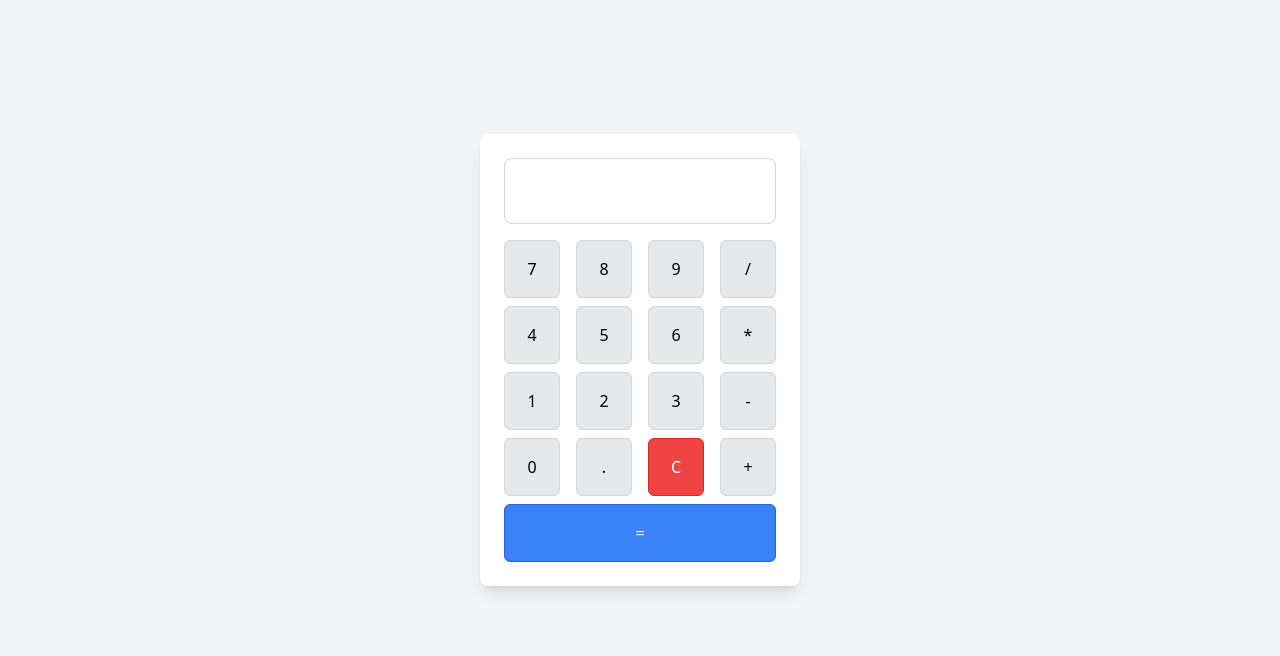
Repository: MKosainHaider/calculator
Page: index.html
An editor plug-in stored every save of this project. The page is shown before and after the next save, followed by the edit.
The browser window is 1280 px wide. The pictures show the whole page.
Some web libraries are served in a nearby version.

Above is the page before, as saved 2024-08-12 23:10:09.
Console error: SyntaxError: Unexpected token '<'

### index.html
<!DOCTYPE html>
<html lang="en">

<head>
    <meta charset="UTF-8">
    <meta name="viewport" content="width=device-width, initial-scale=1.0">
    <title>Responsive Calculator</title>
    <script defer src="app.js"></script>
    <script src="https://cdn.tailwindcss.com"></script>
</head>

<body class="flex items-center justify-center min-h-screen bg-gray-100">
    <div class="bg-white p-4 md:p-6 rounded-lg shadow-lg max-w-xs w-full">
        <div class="mb-4 text-right">
            <input type="text" id="display"
                class="w-full p-3 md:p-4 text-xl md:text-2xl border border-gray-300 rounded-lg" readonly>
        </div>

        <!-- Row 1 -->
        <div class="grid grid-cols-4 gap-2 md:gap-4 mb-2">
            <button
                class="p-3 md:p-4 bg-gray-200 border border-gray-300 rounded-md hover:bg-gray-300 focus:outline-none focus:ring-2 focus:ring-blue-500 focus:ring-offset-2 active:bg-gray-400">7</button>
            <button
                class="p-3 md:p-4 bg-gray-200 border border-gray-300 rounded-md hover:bg-gray-300 focus:outline-none focus:ring-2 focus:ring-blue-500 focus:ring-offset-2 active:bg-gray-400">8</button>
            <button
                class="p-3 md:p-4 bg-gray-200 border border-gray-300 rounded-md hover:bg-gray-300 focus:outline-none focus:ring-2 focus:ring-blue-500 focus:ring-offset-2 active:bg-gray-400">9</button>
            <button
                class="p-3 md:p-4 bg-gray-200 border border-gray-300 rounded-md hover:bg-gray-300 focus:outline-none focus:ring-2 focus:ring-blue-500 focus:ring-offset-2 active:bg-gray-400 operator">/</button>
        </div>

        <!-- Row 2 -->
        <div class="grid grid-cols-4 gap-2 md:gap-4 mb-2">
            <button
                class="p-3 md:p-4 bg-gray-200 border border-gray-300 rounded-md hover:bg-gray-300 focus:outline-none focus:ring-2 focus:ring-blue-500 focus:ring-offset-2 active:bg-gray-400">4</button>
            <button
                class="p-3 md:p-4 bg-gray-200 border border-gray-300 rounded-md hover:bg-gray-300 focus:outline-none focus:ring-2 focus:ring-blue-500 focus:ring-offset-2 active:bg-gray-400">5</button>
            <button
                class="p-3 md:p-4 bg-gray-200 border border-gray-300 rounded-md hover:bg-gray-300 focus:outline-none focus:ring-2 focus:ring-blue-500 focus:ring-offset-2 active:bg-gray-400">6</button>
            <button
                class="p-3 md:p-4 bg-gray-200 border border-gray-300 rounded-md hover:bg-gray-300 focus:outline-none focus:ring-2 focus:ring-blue-500 focus:ring-offset-2 active:bg-gray-400 operator">*</button>
        </div>

        <!-- Row 3 -->
        <div class="grid grid-cols-4 gap-2 md:gap-4 mb-2">
            <button
                class="p-3 md:p-4 bg-gray-200 border border-gray-300 rounded-md hover:bg-gray-300 focus:outline-none focus:ring-2 focus:ring-blue-500 focus:ring-offset-2 active:bg-gray-400">1</button>
            <button
                class="p-3 md:p-4 bg-gray-200 border border-gray-300 rounded-md hover:bg-gray-300 focus:outline-none focus:ring-2 focus:ring-blue-500 focus:ring-offset-2 active:bg-gray-400">2</button>
            <button
                class="p-3 md:p-4 bg-gray-200 border border-gray-300 rounded-md hover:bg-gray-300 focus:outline-none focus:ring-2 focus:ring-blue-500 focus:ring-offset-2 active:bg-gray-400">3</button>
            <button
                class="p-3 md:p-4 bg-gray-200 border border-gray-300 rounded-md hover:bg-gray-300 focus:outline-none focus:ring-2 focus:ring-blue-500 focus:ring-offset-2 active:bg-gray-400 operator">-</button>
        </div>

        <!-- Row 4 -->
        <div class="grid grid-cols-4 gap-2 md:gap-4 mb-2">
            <button
                class="p-3 md:p-4 bg-gray-200 border border-gray-300 rounded-md hover:bg-gray-300 focus:outline-none focus:ring-2 focus:ring-blue-500 focus:ring-offset-2 active:bg-gray-400">0</button>
            <button
                class="p-3 md:p-4 bg-gray-200 border border-gray-300 rounded-md hover:bg-gray-300 focus:outline-none focus:ring-2 focus:ring-blue-500 focus:ring-offset-2 active:bg-gray-400">.</button>
            <button id="clear"
                class="p-3 md:p-4 bg-red-500 border border-red-600 text-white rounded-md hover:bg-red-600 focus:outline-none focus:ring-2 focus:ring-red-500 focus:ring-offset-2 active:bg-red-700">C</button>
            <button
                class="p-3 md:p-4 bg-gray-200 border border-gray-300 rounded-md hover:bg-gray-300 focus:outline-none focus:ring-2 focus:ring-blue-500 focus:ring-offset-2 active:bg-gray-400 operator">+</button>
        </div>

        <!-- Row 5 -->
        <div class="grid grid-cols-4 gap-2 md:gap-4">
            <button id="equals"
                class="p-3 md:p-4 bg-blue-500 border border-blue-600 text-white rounded-md col-span-4 hover:bg-blue-600 focus:outline-none focus:ring-2 focus:ring-blue-500 focus:ring-offset-2 active:bg-blue-700">=</button>
        </div>
    </div>
</body>

</html>

### app.js
<!DOCTYPE html>
<html lang="en">

<head>
    <meta charset="UTF-8">
    <meta name="viewport" content="width=device-width, initial-scale=1.0">
    <title>Responsive Calculator</title>
    <script defer src="app.js"></script>
    <script src="https://cdn.tailwindcss.com"></script>
</head>

<body class="flex items-center justify-center min-h-screen bg-gray-100">
    <div class="bg-white p-4 md:p-6 rounded-lg shadow-lg max-w-xs w-full">
        <!-- Page Title -->
        <h1 class="text-2xl font-bold text-center mb-4">Responsive Calculator</h1>

        <div class="mb-4 text-right">
            <input type="text" id="display"
                class="w-full p-3 md:p-4 text-xl md:text-2xl border border-gray-300 rounded-lg" readonly>
        </div>

        <!-- Row 1 -->
        <div class="grid grid-cols-4 gap-2 md:gap-4 mb-2">
            <button class="p-3 md:p-4 bg-gray-200 border border-gray-300 rounded-md hover:bg-gray-300 focus:outline-none focus:ring-2 focus:ring-blue-500 focus:ring-offset-2 active:bg-gray-400">7</button>
            <button class="p-3 md:p-4 bg-gray-200 border border-gray-300 rounded-md hover:bg-gray-300 focus:outline-none focus:ring-2 focus:ring-blue-500 focus:ring-offset-2 active:bg-gray-400">8</button>
            <button class="p-3 md:p-4 bg-gray-200 border border-gray-300 rounded-md hover:bg-gray-300 focus:outline-none focus:ring-2 focus:ring-blue-500 focus:ring-offset-2 active:bg-gray-400">9</button>
            <button class="p-3 md:p-4 bg-gray-200 border border-gray-300 rounded-md hover:bg-gray-300 focus:outline-none focus:ring-2 focus:ring-blue-500 focus:ring-offset-2 active:bg-gray-400 operator">/</button>
        </div>

        <!-- Row 2 -->
        <div class="grid grid-cols-4 gap-2 md:gap-4 mb-2">
            <button class="p-3 md:p-4 bg-gray-200 border border-gray-300 rounded-md hover:bg-gray-300 focus:outline-none focus:ring-2 focus:ring-blue-500 focus:ring-offset-2 active:bg-gray-400">4</button>
            <button class="p-3 md:p-4 bg-gray-200 border border-gray-300 rounded-md hover:bg-gray-300 focus:outline-none focus:ring-2 focus:ring-blue-500 focus:ring-offset-2 active:bg-gray-400">5</button>
            <button class="p-3 md:p-4 bg-gray-200 border border-gray-300 rounded-md hover:bg-gray-300 focus:outline-none focus:ring-2 focus:ring-blue-500 focus:ring-offset-2 active:bg-gray-400">6</button>
            <button class="p-3 md:p-4 bg-gray-200 border border-gray-300 rounded-md hover:bg-gray-300 focus:outline-none focus:ring-2 focus:ring-blue-500 focus:ring-offset-2 active:bg-gray-400 operator">*</button>
        </div>

        <!-- Row 3 -->
        <div class="grid grid-cols-4 gap-2 md:gap-4 mb-2">
            <button class="p-3 md:p-4 bg-gray-200 border border-gray-300 rounded-md hover:bg-gray-300 focus:outline-none focus:ring-2 focus:ring-blue-500 focus:ring-offset-2 active:bg-gray-400">1</button>
            <button class="p-3 md:p-4 bg-gray-200 border border-gray-300 rounded-md hover:bg-gray-300 focus:outline-none focus:ring-2 focus:ring-blue-500 focus:ring-offset-2 active:bg-gray-400">2</button>
            <button class="p-3 md:p-4 bg-gray-200 border border-gray-300 rounded-md hover:bg-gray-300 focus:outline-none focus:ring-2 focus:ring-blue-500 focus:ring-offset-2 active:bg-gray-400">3</button>
            <button class="p-3 md:p-4 bg-gray-200 border border-gray-300 rounded-md hover:bg-gray-300 focus:outline-none focus:ring-2 focus:ring-blue-500 focus:ring-offset-2 active:bg-gray-400 operator">-</button>
        </div>

        <!-- Row 4 -->
        <div class="grid grid-cols-4 gap-2 md:gap-4 mb-2">
            <button class="p-3 md:p-4 bg-gray-200 border border-gray-300 rounded-md hover:bg-gray-300 focus:outline-none focus:ring-2 focus:ring-blue-500 focus:ring-offset-2 active:bg-gray-400">0</button>
            <button class="p-3 md:p-4 bg-gray-200 border border-gray-300 rounded-md hover:bg-gray-300 focus:outline-none focus:ring-2 focus:ring-blue-500 focus:ring-offset-2 active:bg-gray-400">.</button>
            <button id="clear" class="p-3 md:p-4 bg-red-500 border border-red-600 text-white rounded-md hover:bg-red-600 focus:outline-none focus:ring-2 focus:ring-red-500 focus:ring-offset-2 active:bg-red-700">C</button>
            <button class="p-3 md:p-4 bg-gray-200 border border-gray-300 rounded-md hover:bg-gray-300 focus:outline-none focus:ring-2 focus:ring-blue-500 focus:ring-offset-2 active:bg-gray-400 operator">+</button>
        </div>

        <!-- Row 5 -->
        <div class="grid grid-cols-4 gap-2 md:gap-4">
            <button id="equals" class="p-3 md:p-4 bg-blue-500 border border-blue-600 text-white rounded-md col-span-4 hover:bg-blue-600 focus:outline-none focus:ring-2 focus:ring-blue-500 focus:ring-offset-2 active:bg-blue-700">=</button>
        </div>
    </div>
</body>

</html>

After the next save:
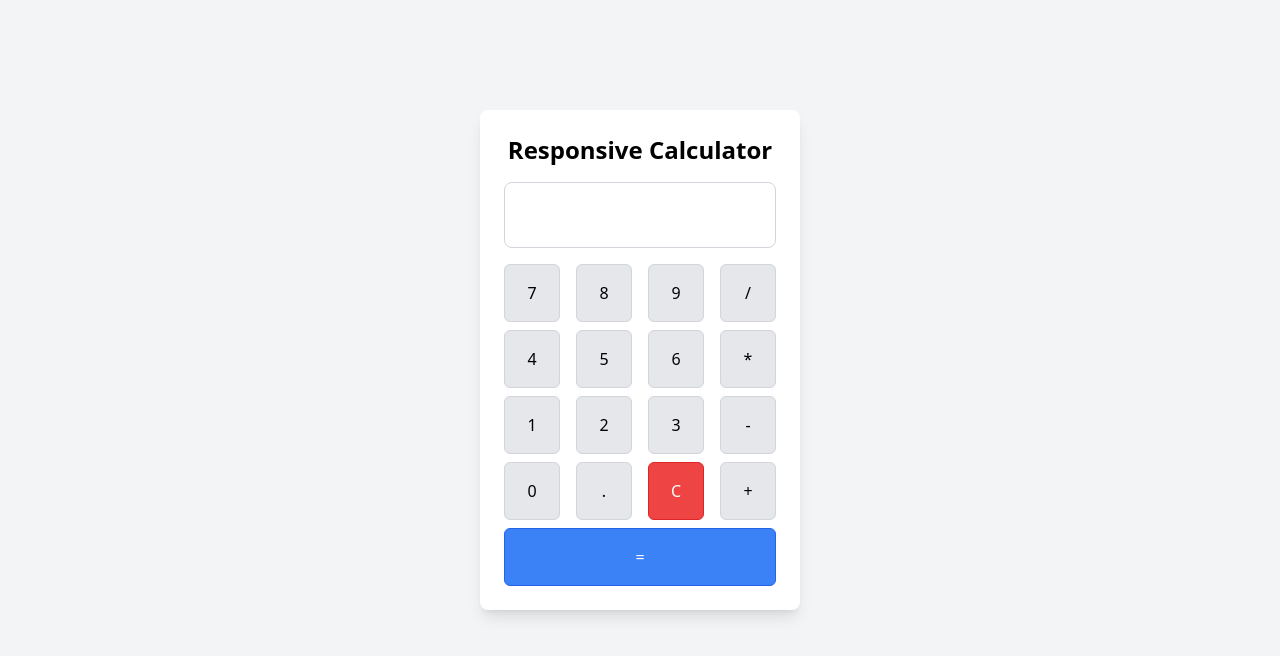
Saved 27 s later.
--- a/index.html
+++ b/index.html
@@ -11,6 +11,9 @@
 
 <body class="flex items-center justify-center min-h-screen bg-gray-100">
     <div class="bg-white p-4 md:p-6 rounded-lg shadow-lg max-w-xs w-full">
+        <!-- Page Title -->
+        <h1 class="text-2xl font-bold text-center mb-4">Responsive Calculator</h1>
+
         <div class="mb-4 text-right">
             <input type="text" id="display"
                 class="w-full p-3 md:p-4 text-xl md:text-2xl border border-gray-300 rounded-lg" readonly>
